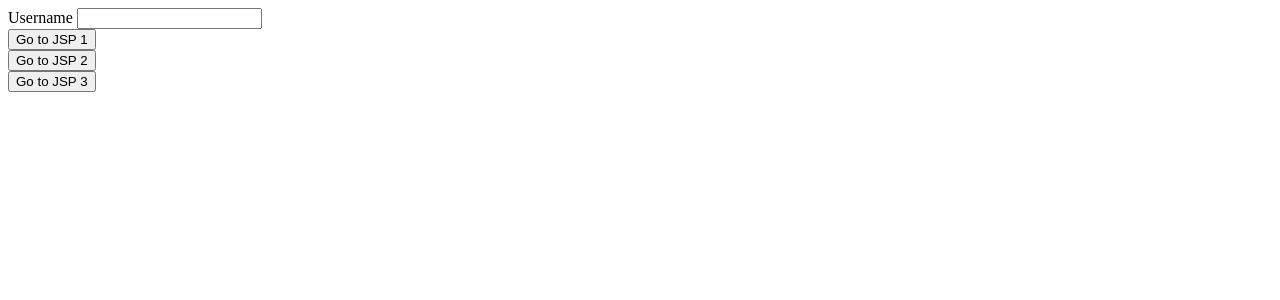
Repository: Max0077/WEJE1-master
Page: http://localhost/servlets/DemoJSP4.jsp
These files come from the project's save history. The page is drawn as it stood at one moment and after the next save; the edit follows.
The browser window is 1280 px wide. The pictures show the whole page.
The page is served by Tomcat 9. Other server files are loaded and not shown.

Above is the page before, as saved 2022-09-07 11:55:32.

### servlets/src/main/webapp/DemoJSP4.jsp
<%@ page language="java" contentType="text/html; charset=ISO-8859-1"
	pageEncoding="ISO-8859-1"%>

<!DOCTYPE html>
<html>
<head>
<meta charset="ISO-8859-1">
<title>JSP 4</title>
</head>
<body>

	<form method="post" action="DemoJSP1.jsp">
		<label>Username</label> <input type="text" name="username"> <br>
		<input type="submit" value="Go to JSP 1">
	</form>
	<form action="DemoJSP2.jsp">
		<input type="submit" value="Go to JSP 2">
	</form>
	<form action="DemoJSP3.jsp">
		<input type="submit" value="Go to JSP 3">
	</form>

</body>
</html>

After the next save:
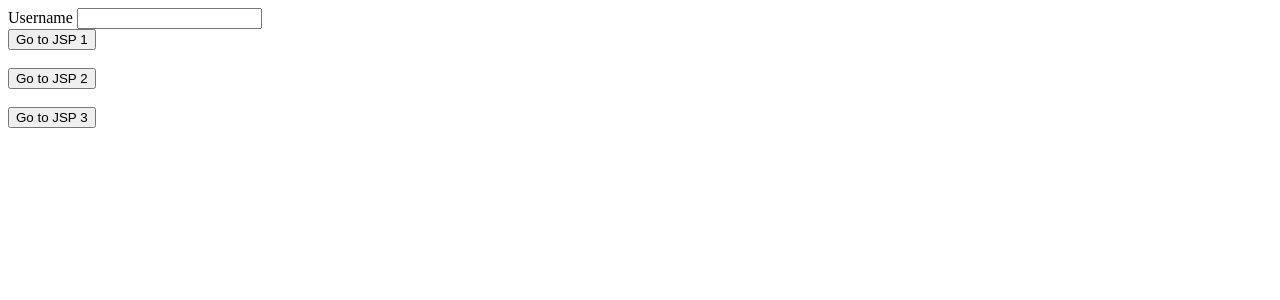
Saved 16 s later.
--- a/servlets/src/main/webapp/DemoJSP4.jsp
+++ b/servlets/src/main/webapp/DemoJSP4.jsp
@@ -13,9 +13,11 @@
 		<label>Username</label> <input type="text" name="username"> <br>
 		<input type="submit" value="Go to JSP 1">
 	</form>
+	<br>
 	<form action="DemoJSP2.jsp">
 		<input type="submit" value="Go to JSP 2">
 	</form>
+	<br>
 	<form action="DemoJSP3.jsp">
 		<input type="submit" value="Go to JSP 3">
 	</form>
